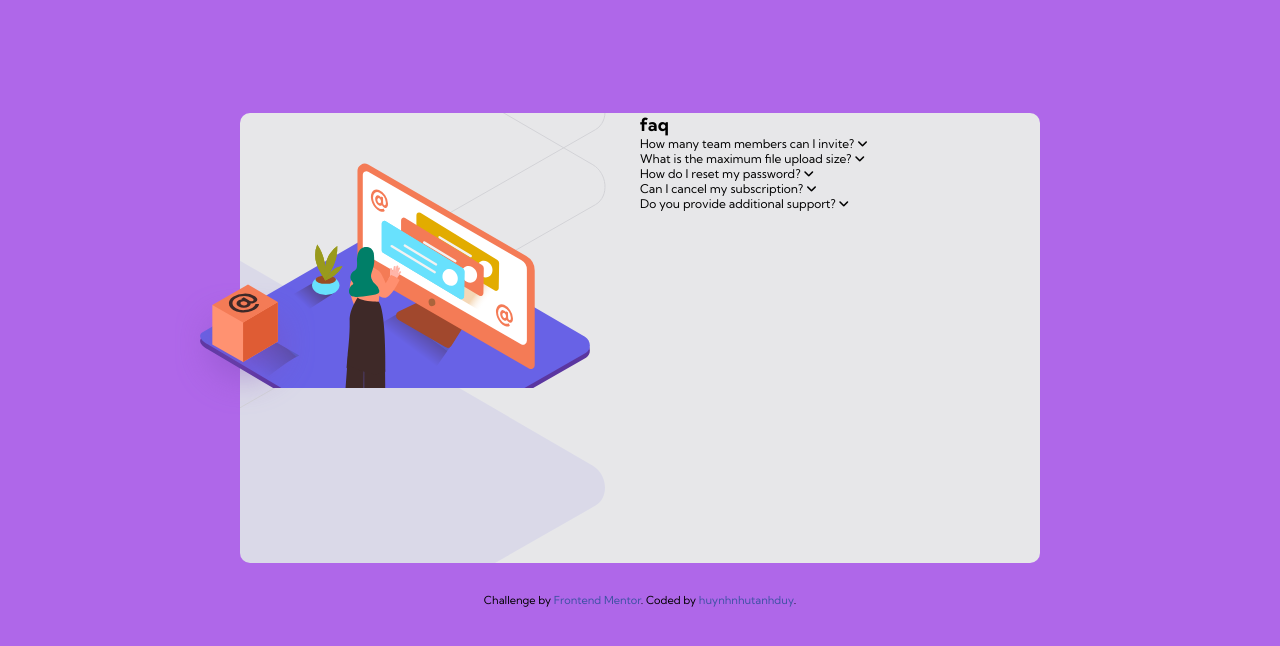
Repository: huynhnhutanhduy/faq-accordion-card
Page: index.html
The author's editor kept a copy of each file at every save. The page is drawn from the files as they stood at one save, then again after the next save.
The browser window is 1280 px wide. The pictures show the whole page.

Above is the page before, as saved 2022-10-20 13:55:44.

After the next save:
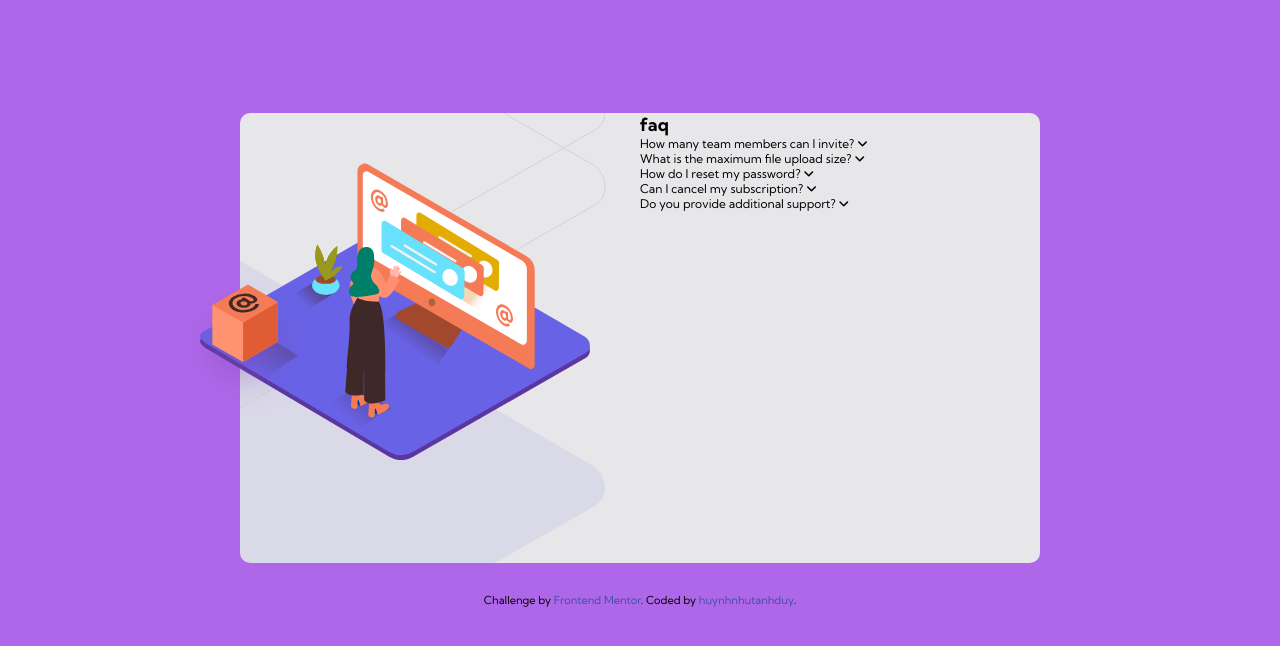
Saved 9 s later.
--- a/app.css
+++ b/app.css
@@ -69,7 +69,6 @@
   position: absolute;
   top: 50px;
   left: -40px;
-  overflow-x: hidden;
 }
 .card-box {
   height: 30%;

After the save that followed:
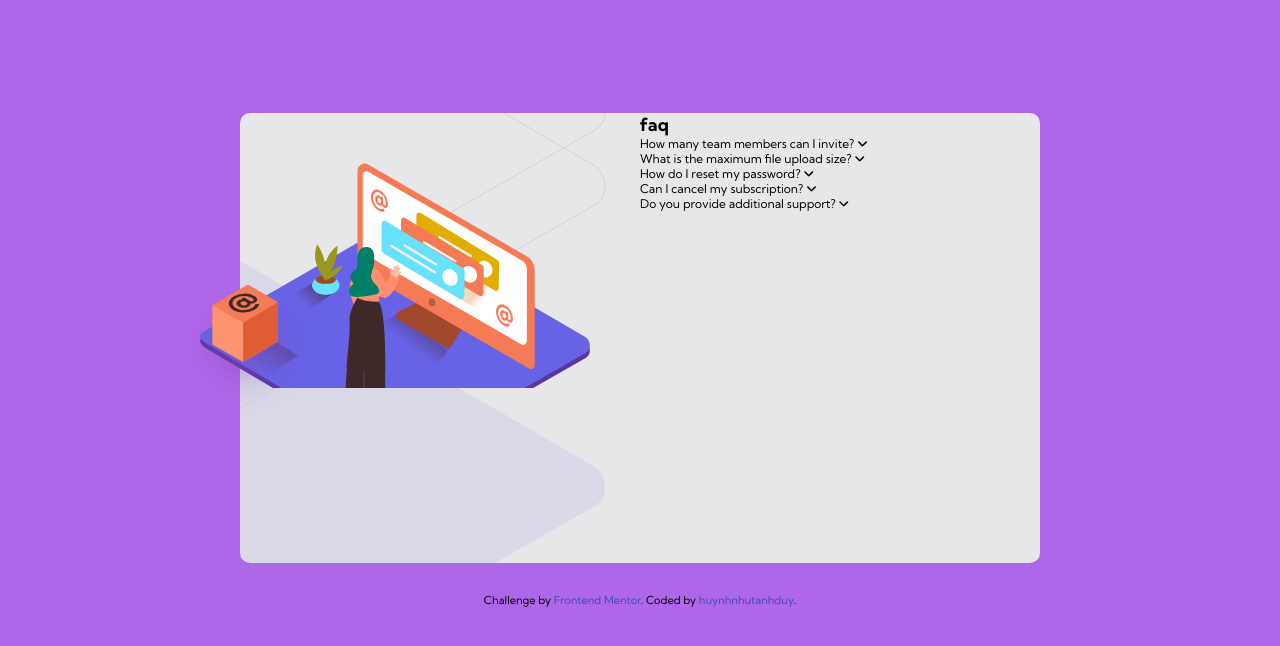
Saved 41 s later.
--- a/app.css
+++ b/app.css
@@ -69,6 +69,7 @@
   position: absolute;
   top: 50px;
   left: -40px;
+  overflow-y: hidden;
 }
 .card-box {
   height: 30%;
